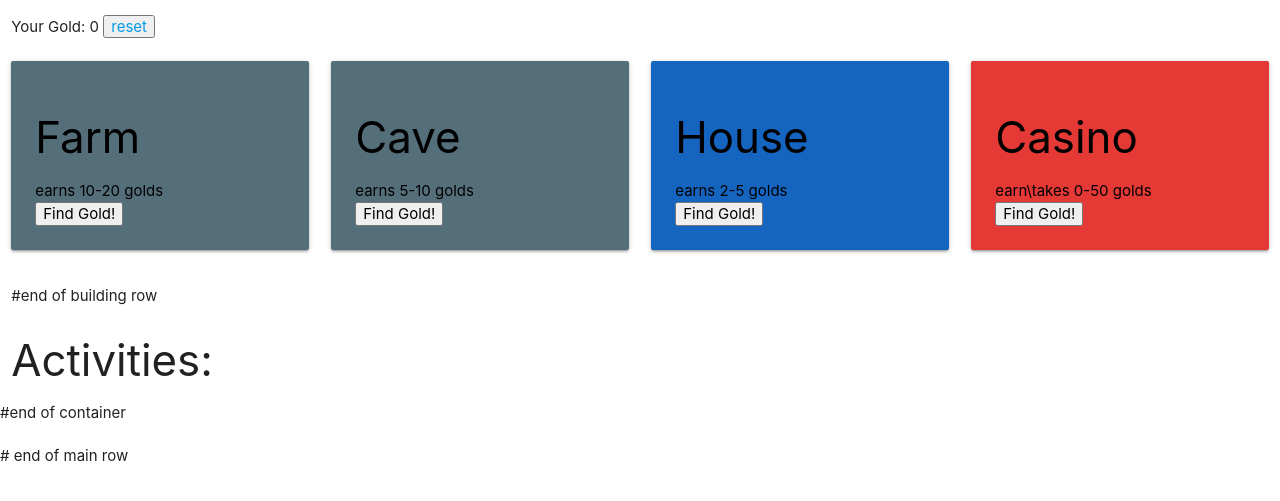
Repository: bvnger/Ninja_gold_flask
Page: http://localhost/
The author's editor kept a copy of each file at every save. The page is drawn from the files as they stood at one save, then again after the next save.
The browser window is 1280 px wide. The pictures show the whole page.
The page is served by the project's application, run on Flask 3 (server.py).

Above is the page before, as saved 2019-11-04 14:28:57.

### templates/index.html
<!DOCTYPE html>
<html lang="en" dir="ltr">
  <head>
    <meta charset="utf-8">
    <title></title>
     <!--Import Google Icon Font-->
     <link href="https://fonts.googleapis.com/icon?family=Material+Icons" rel="stylesheet">
     <!--Import materialize.css-->
     <link type="text/css" rel="stylesheet" href="https://cdnjs.cloudflare.com/ajax/libs/materialize/1.0.0/css/materialize.css"  media="screen,projection"/>
     <!-- https://cdnjs.cloudflare.com/ajax/libs/materialize/1.0.0/css/materialize.css -->
  </head>
<body>
<div class="row">
<div class ="col s12">

        <div  action ="/process">
            <div class ="top">
            <p>Your Gold: {{session['gold']}}
            <button>
            <a href="/reset" > reset</a> </button>
            </div>
            <!-- ########################             -->
<div class ="mid"> <!--#start of buildings-->
<div class="row">

<form class="col s3" action="/process" method="POST">
    <div class="card blue-grey darken-1">
    <div class ="card-content black-text">
    <h3>Farm</h3>
    <p>earns 10-20 golds</p>
    <input type="hidden" name="building"  value="farm"></input>
    <button type="submit">Find Gold!</button>
</form>
</div>
</div> <!--end of farm-->
<form class="col s3" action="/process" method="POST">
    <div class="card blue-grey darken-1">
    <div class ="card-content black-text">
    <h3>Cave</h3>
    <p>earns 5-10 golds</p>
    <input type="hidden" name="building"  value="cave"></input>
    <button type="submit">Find Gold!</button>
</form>
</div>
</div><!--end of cave-->
<form class="col s3" action="/process" method="POST">
    <div class="card blue darken-3">
    <div class ="card-content black-text">
    <h3>House</h3>
    <p>earns 2-5 golds</p>
    <input type="hidden" name="building"  value="house"></input>
    <button type="submit">Find Gold!</button>
</form>
</div>
</div> <!--end of house-->
<form class="col s3" action="/process" method="POST">
    <div class="card red darken-1">
    <div class ="card-content black-text">
    <h3>Casino</h3>
    <p>earn\takes 0-50 golds</p>
    <input type="hidden" name="building"  value="casino"></input>
    <button type="submit">Find Gold!</button>
</form>
</div>
</div> <!--end of casino-->
</div> #end of building row
        </div>
        <div class ="bot">
            <table>
            <h3>Activities:</h3>
            <ul class="bottom" name ="activities" value="log" class="activities">
                {% for activity in session.activities %}
                <li name="activities"  class="log" >{{activity}}
                </li>
                {% endfor %}
            </ul>

            </table>
        </div>
    </div>
</div> #end of container
</div> # end of main row

 <!--JavaScript at end of body for optimized loading-->
<script type="text/javascript" src="https://cdnjs.cloudflare.com/ajax/libs/materialize/1.0.0/js/materialize.js"></script>
</body>
</html>

### server.py
from flask import Flask, render_template, request, redirect, session
from datetime import datetime
import random
app = Flask(__name__)
app.secret_key="qwertyuiop"

@app.route('/')
def hello_world():
    gold ="gold"
    if "gold" not in session:
        session["gold"]= 0
    if "counter" not in session:
        session["counter"]=0
    if "activities" not in session:
        session["activities"]=[]
    return render_template("index.html")

@app.route("/process", methods=["POST"])

def processgold():
    date_time = datetime.now()
    print(session)
    print(request.form)
    if request.form["building"] == "farm":
            place = "farm"
            gold = random.randint(10,20)
            session["gold"]+= gold
            session['counter'] += 1
            message = f"You have visited {place} and gained {gold} gold! {date_time}"
            session['activities'].insert(0,message)
            return redirect('/')
    if request.form["building"] == "cave":
        place =  "cave"
        gold = random.randint(5,10)
        session['gold']+= gold
        session['counter'] += 1
        message = f"You have visited {place} and gained {gold} gold! {date_time}"
        session['activities'].insert(0,message)
        return redirect('/')
    if request.form["building"] == "house":
        place = "house"
        gold =random.randint(2,5)
        session['gold']+= gold
        session['counter'] += 1
        message = f"You have visited {place} and gained {gold} gold! {date_time}"
        session['activities'].insert(0,message)
        return redirect('/')
    if request.form["building"] == "casino":
        place = "casino"
        gold = random.randint(0,100) -50
        session['gold']+= gold
        session['counter'] += 1
        message = f"You have visited {place} and gained {gold} gold! {date_time}"
        session['activities'].insert(0,message)
        return redirect('/')
    return redirect('/')

@app.route('/reset')
def reset():
    session.clear()
    return redirect('/')

def edit(request):
    if request.method =="POST":
        request.session.clear()
    return render('/edit.html')


if __name__=="__main__":
    app.run(debug=True)

After the next save:
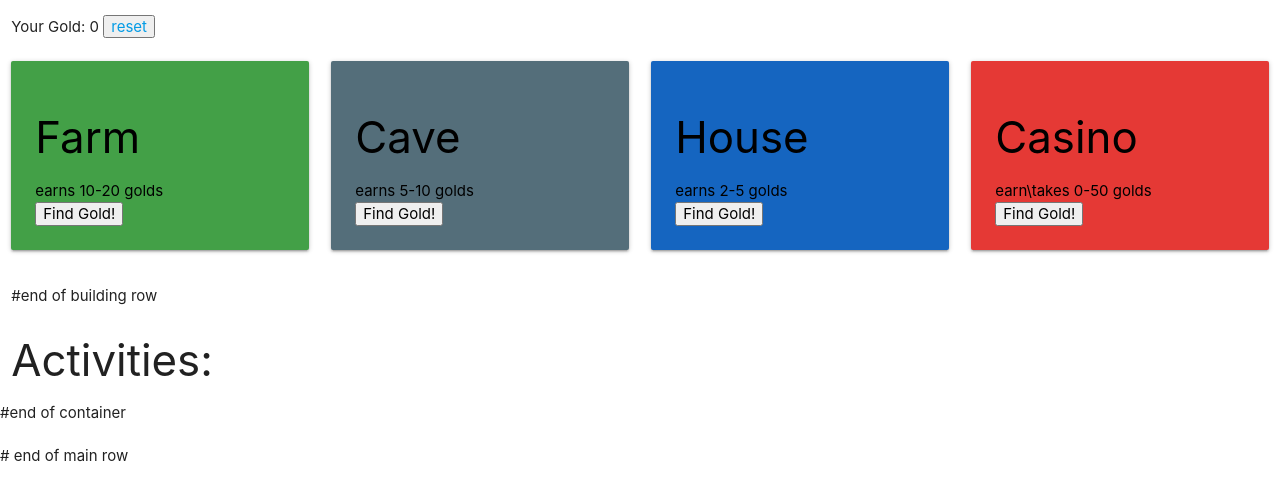
Saved 19 s later.
--- a/templates/index.html
+++ b/templates/index.html
@@ -24,7 +24,7 @@
 <div class="row">
 
 <form class="col s3" action="/process" method="POST">
-    <div class="card blue-grey darken-1">
+    <div class="card green darken-1">
     <div class ="card-content black-text">
     <h3>Farm</h3>
     <p>earns 10-20 golds</p>
